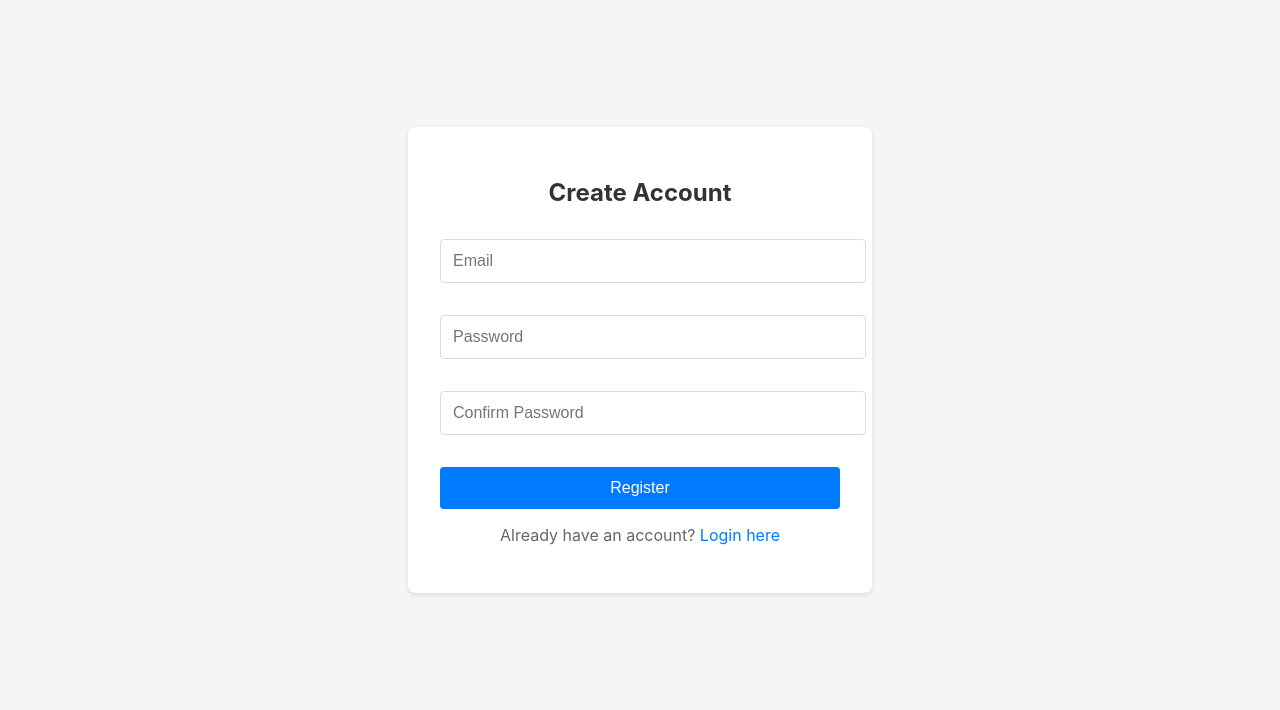
Repository: gpierre004/stock_trader_new
Page: /register (app in client/)
These files come from the project's save history. The page is drawn as it stood at one moment and after the next save; the edit follows.
The browser window is 1280 px wide. The pictures show the whole page.
The project was rebuilt for these pictures with package versions that can differ from the ones it lists, and the page was loaded fresh each time. Also part of the build but not shown: client/src/pages/LoginPage.jsx, client/src/pages/DashboardPage.jsx, client/src/components/Navbar/Navbar.jsx, client/src/layouts/MainLayout.jsx.

Above is the page before, as saved 2024-12-08 21:48:08.

After the next save:
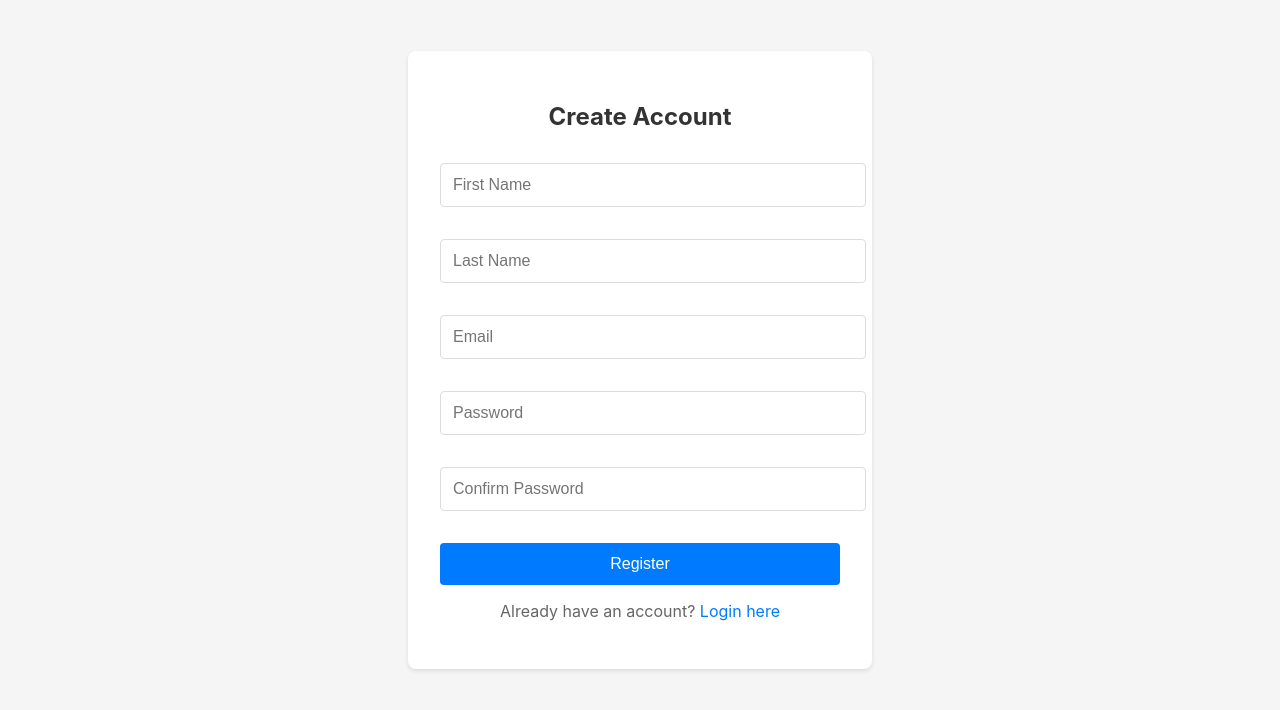
Saved 17 s later.
--- a/client/src/pages/RegisterPage.jsx
+++ b/client/src/pages/RegisterPage.jsx
@@ -2,12 +2,15 @@ import React, { useState } from 'react';
 import { useNavigate } from 'react-router-dom';
 import Input from '../components/Input/Input';
 import Button from '../components/Button/Button';
+import authService from '../features/Auth/authService';
 
 const RegisterPage = () => {
   const [formData, setFormData] = useState({
     email: '',
     password: '',
-    confirmPassword: ''
+    confirmPassword: '',
+    firstName: '',
+    lastName: ''
   });
   const [error, setError] = useState('');
   const navigate = useNavigate();
@@ -29,10 +32,11 @@ const RegisterPage = () => {
     }
 
     try {
-      // Registration logic will be implemented later
-      navigate('/');
+      const { confirmPassword, ...registrationData } = formData;
+      await authService.register(registrationData);
+      navigate('/login');
     } catch (err) {
-      setError(err.message || 'Registration failed. Please try again.');
+      setError(err.response?.data?.message || 'Registration failed. Please try again.');
     }
   };
 
@@ -42,6 +46,22 @@ const RegisterPage = () => {
         <h2 style={styles.title}>Create Account</h2>
         {error && <p style={styles.error}>{error}</p>}
         <form onSubmit={handleSubmit} style={styles.form}>
+          <Input
+            type="text"
+            name="firstName"
+            placeholder="First Name"
+            value={formData.firstName}
+            onChange={handleChange}
+            required
+          />
+          <Input
+            type="text"
+            name="lastName"
+            placeholder="Last Name"
+            value={formData.lastName}
+            onChange={handleChange}
+            required
+          />
           <Input
             type="email"
             name="email"
@@ -71,7 +91,7 @@ const RegisterPage = () => {
         <p style={styles.loginLink}>
           Already have an account?{' '}
           <span
-            onClick={() => navigate('/')}
+            onClick={() => navigate('/login')}
             style={styles.link}
           >
             Login here
